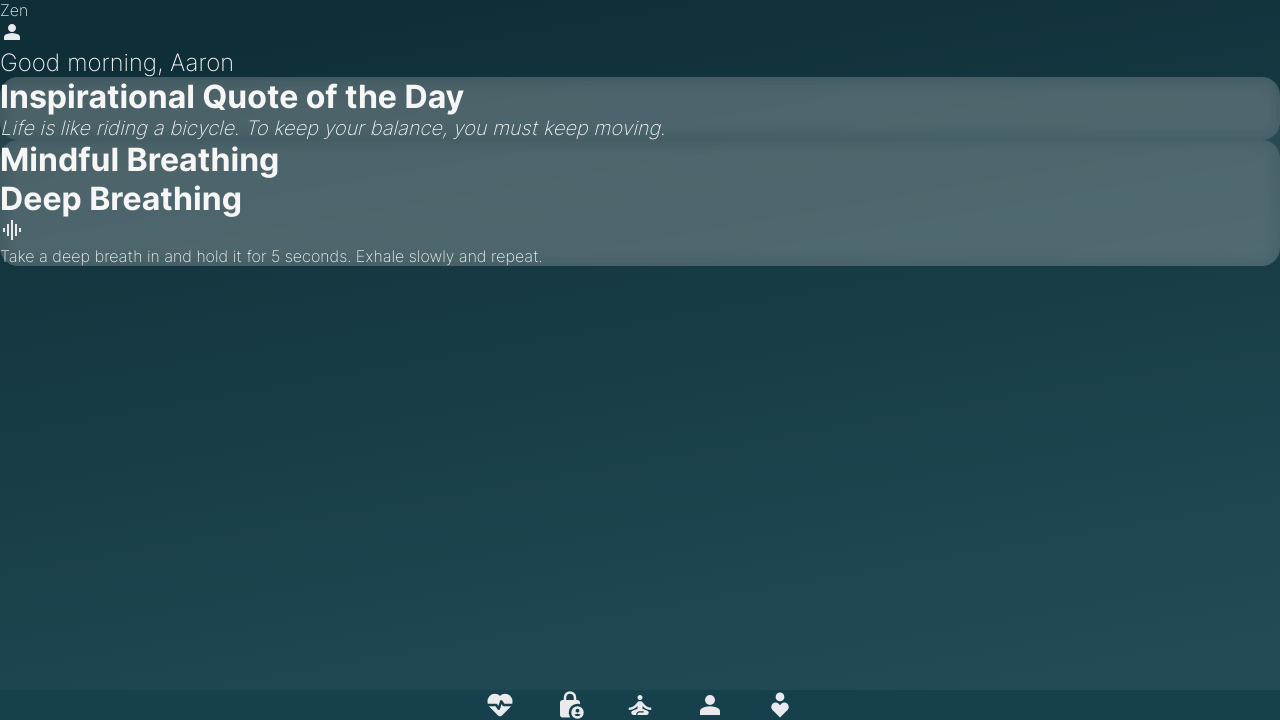
Repository: aaronw-dev/Zen
Page: dashboard.html
An editor plug-in stored every save of this project. The page is shown before and after the next save, followed by the edit.
The browser window is 1280 px wide. The pictures show the whole page.

Above is the page before, as saved 2024-06-08 14:03:11.

After the next save:
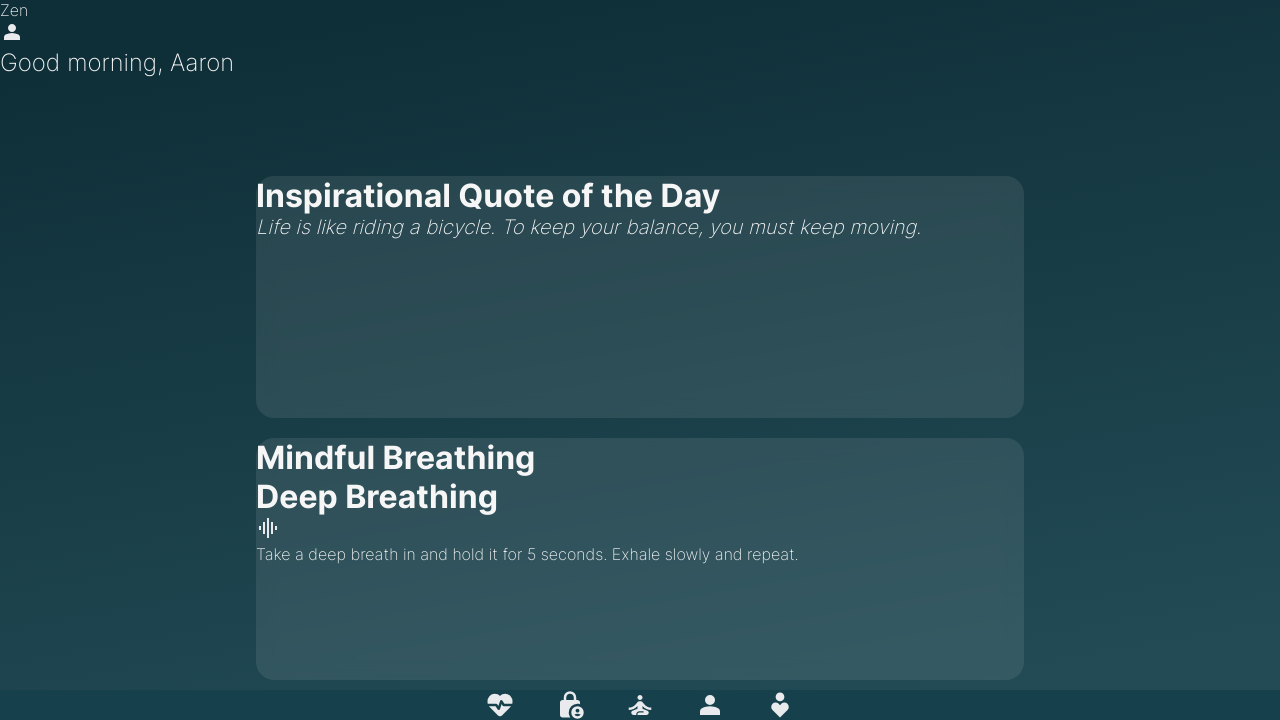
Saved 6 s later.
--- a/static/style.css
+++ b/static/style.css
@@ -93,10 +93,16 @@ p {
     transform: translateX(-50%);
 }
 .features {
-    border-radius: 18px;
-background: rgba(220, 220, 220, 0.11);
-
-backdrop-filter: blur(4.449999809265137px);
+    display: flex;
+    flex-direction: column;
+    align-items: center;
+    height: 70%;
+    width: 60%;
+    position: absolute;
+    bottom: 40px;
+    gap: 20px;
+    left: 50%;
+    transform: translateX(-50%);
 }
 .action-buttons button {
     width: 100%;
